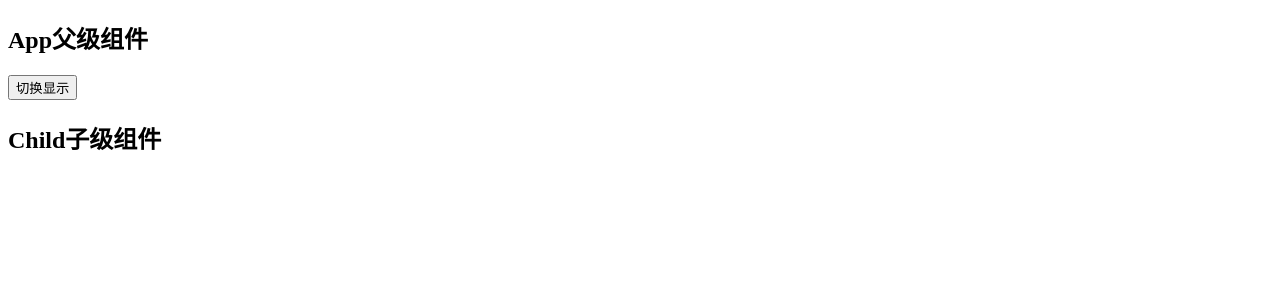
Repository: zhuhongxiang/Vue3.0-TSLeaning
Page: / (app in 04_Vue3/vue3_learning/)
These files come from the project's save history. The page is drawn as it stood at one moment and after the next save; the edit follows.
The browser window is 1280 px wide. The pictures show the whole page.
The project was rebuilt for these pictures with package versions that can differ from the ones it lists, and the page was loaded fresh each time.

Above is the page before, as saved 2021-07-26 15:50:28.

After the next save:
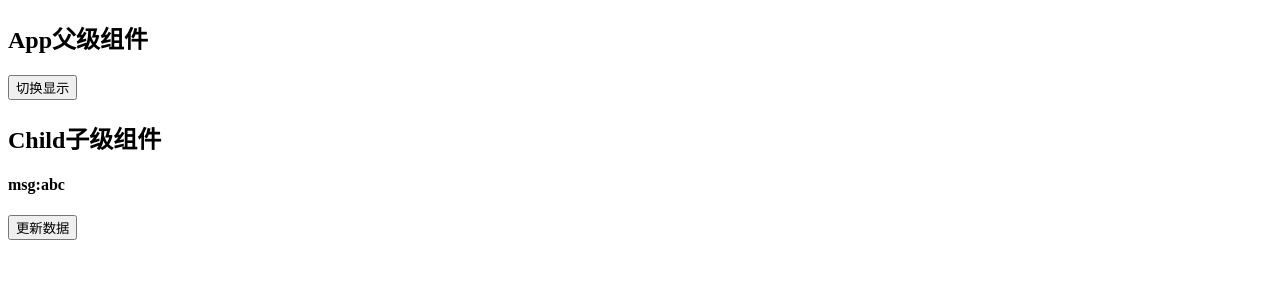
Saved 3 min 51 s later.
--- a/04_Vue3/vue3_learning/src/components/Child.vue
+++ b/04_Vue3/vue3_learning/src/components/Child.vue
@@ -1,9 +1,11 @@
 <template>
   <h2>Child子级组件</h2>
+  <h4>msg:{{ msg }}</h4>
+  <button @click="update">更新数据</button>
 </template>
 
 <script lang='ts'>
-import { defineComponent, reactive } from "vue";
+import { defineComponent, reactive, ref } from "vue";
 export default defineComponent({
   name: "Child",
   props: {},
@@ -35,7 +37,14 @@ export default defineComponent({
     console.log("3.x中的x中的unmounted");
   },
   setup() {
-    return {};
+    const msg = ref("abc");
+    const update = () => {
+      msg.value += "===";
+    };
+    return {
+      msg,
+      update,
+    };
   },
 });
 </script>
